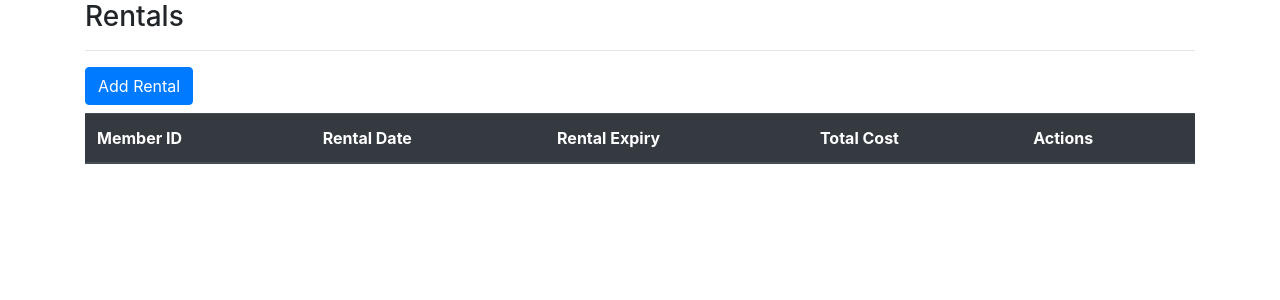
Repository: messimacky/Movie-Rental-System-Front-End
Page: /rentals
An editor plug-in stored every save of this project. The page is shown before and after the next save, followed by the edit.
The browser window is 1280 px wide. The pictures show the whole page.
The page's requests for data from a server got no answer. The project was rebuilt for these pictures with package versions that can differ from the ones it lists, and the page was loaded fresh each time. No one was signed in, and anything a server would have sent is missing. Also part of the build but not shown: src/services/movie.service.js, src/components/AddMovie.js, src/components/MoviesList.js, src/components/NotFound.js, src/components/login/Login.js, src/services/customer.service.js, src/components/AddCustomer.js, src/components/CustomerList.js and 4 more.

Above is the page before, as saved 2022-04-21 12:02:13.

### src/App.js
import { BrowserRouter as Router, Switch, Route } from 'react-router-dom';
import AddMovie from './components/AddMovie';
import MoviesList from "./components/MoviesList";
import NotFound from "./components/NotFound";
import Login from './components/login/Login';
import AddCustomer from './components/AddCustomer'
import CustomersList from './components/CustomerList';
import RentalsList from './components/RentalsList';
import AddRental from './components/AddRental';
import Home from './components/Home';
import Signup from './components/signup/Signup';
function App() {
  return (
    <Router>
      <div>
        <Switch>

          <Route exact path="/" component={Home} />
          <Route exact path="/movies" component={MoviesList} />
          <Route path="/add-movie" component={AddMovie} />
          <Route path="/movies/edit/:id" component={AddMovie} />




          <Route exact path="/customers" component={CustomersList} />
          <Route path="/add-customer" component={AddCustomer} />
          <Route path="/customers/edit/:id" component={AddCustomer} />



          <Route path="/login" component={Login} />
          <Route path="/signup" component={Signup} />




          <Route path="/rentals" component={RentalsList} />
          <Route path="/add-rental" component={AddRental} />
          <Route path="/rentals/edit/:id" component={AddRental} />

          <Route path="*" component={NotFound} />
        </Switch>
      </div>
    </Router>
  )
}

export default App;

### src/components/RentalsList.js
import { useEffect, useState } from "react";
import 'bootstrap/dist/css/bootstrap.min.css';
import rentalService from "../services/rental.service";
import { Link } from "react-router-dom";

const RentalsList = () => {
    const [rentals, setRentals] = useState([]);


    useEffect(() => {
        init();

    }, [])

    const init = () => {
        rentalService.getAll()
            .then(response => {
                console.log(response.data);
                setRentals(response.data);

            })
            .catch(error => {
                console.log("Something went wrong", error);
            })
    }

    const handleDelete = id => {
        rentalService.remove(id)
            .then(response => {
                console.log("Rental deleted succesfully", response.data);
                init();

            })
            .catch(error => {
                console.log("Something went wrong", error);
            })
    }


    return (
        <div className="container">
            <h3>Rentals</h3>
            <hr />
            <div>
                <Link to="/add-rental" className="btn btn-primary mb-2">Add Rental</Link>




                <table className="table table-border table-sriped">
                    <thead className="thead-dark">
                        <tr>
                            <th>Member ID</th>
                            <th>Rental Date</th>
                            <th>Rental Expiry</th>
                            <th>Total Cost</th>
                            <th>Actions</th>


                        </tr>
                    </thead>
                    <tbody>
                        {
                            rentals.map(rental => (
                                <tr key={rental.id} >

                                    <td>{rental.member_id}</td>
                                    <td>{rental.rental_date}</td>
                                    <td>{rental.expiry}</td>
                                    <td>{rental.total_cost}</td>
                                    <td>{rental.created_by}</td>
                                    <td>{rental.created_date}</td>
                                    <td>{rental.updatedby}</td>
                                    <td>{rental.updateddate}</td>


                                    <td>
                                        <Link className="btn btn-info" to={`/rentals/
                                        edit/${rental.id}`}> Update</Link>
                                        <button className="btn btn-danger ml-2" onClick={(e) => {
                                            handleDelete(rental.id);
                                        }}>Delete</button>
                                    </td>

                                </tr>
                            ))
                        }
                    </tbody>
                </table>
            </div>

        </div>
    );
}

export default RentalsList;

### src/components/login/Login.css
body {
    margin: 0;
    padding: 0;
    /* font-family: sans-serif; */
    background-size: cover;
    background-repeat: no-repeat;
}



.form {
    position: absolute;
    top: 50%;
    left: 50%;
    border: none;
    transform: translate(-50%, -50%);
    width: 400px;
    min-height: 450px;
    background-color: #fff;
    box-shadow: 0 15px 50px rgba(0, 0, 0, 0.5);
    padding: 50px;
    box-sizing: border-box;

    /* background: url(data:[embedded picture, 5679 characters]); */
    /* background: url(https://picsum.photos/3000/2000/?image=1015); */



}

.form h2 {
    margin-left: 60px;
    margin-top: 40px;
    color: white;
    /* margin: 30 0 40px; */
    padding: 0;
    color: black;
}

.form .input-box {
    position: relative;
    margin: 5px 0;
}

.form .input-box input {
    width: 100%;
    font-size: px;
    border: none;
    border-bottom: 2px solid #777;
    outline: none;
    padding: 10px;
    padding-left: 30px;
    box-sizing: border-box;
    font-weight: bold;
    color: #777;
}

.form .input-box input:focus,
.form .input-box input:valid {
    border-bottom-color: #03a9f4;
}

.form .input-box .fa {
    position: absolute;
    top: 8px;
    left: 5px;
    font-size: 18px;
    color: #777;
}

.form .input-box input[type="submit"] {
    border: none;
    cursor: pointer;
    background-color: #03a9f4;
    color: #fff;
    font-weight: bold;
    transition: 0.5s;
}

.form .input-box input[type="submit"]:hover {
    background-color: #ff4987;

}

.form a {
    text-decoration: none;
    color: black;

    margin-top: 4px;
    margin-left: 170px;
    /* font-weight: bold; */
    display: inline-block;
    transition: 0.5s;
}


.submit {
    margin-top: 30px;
    margin-left: 30px;


}

.form a {
    margin-top: 20px;
    margin-left: 50px;
    color: black;
    color: blue;
}

.form button {
    margin-top: 10px;
    margin-left: 50px;
    color: black;
    outline: invert;

}

.form button :hover {

    color: blue;
}

### src/components/AddCustomer.css
body {
    margin: 0;
    padding: 0;
    /* font-family: sans-serif; */
    background-size: cover;
    background-repeat: no-repeat;
}



.form {
    position: absolute;
    top: 50%;
    left: 50%;
    border: none;
    transform: translate(-50%, -50%);
    width: 400px;
    min-height: 450px;
    background-color: #fff;
    box-shadow: 0 15px 50px rgba(0, 0, 0, 0.5);
    padding: 50px;
    box-sizing: border-box;

    /* background: url(data:[embedded picture, 5679 characters]); */
    /* background: url(https://picsum.photos/3000/2000/?image=1015); */



}

.form h2 {
    margin-left: 60px;
    margin-top: 40px;
    color: white;
    /* margin: 30 0 40px; */
    padding: 0;
    color: black;
}

.form .input-box {
    position: relative;
    margin: 5px 0;
}

.form .input-box input {
    width: 100%;
    font-size: px;
    border: none;
    border-bottom: 2px solid #777;
    outline: none;
    padding: 10px;
    padding-left: 30px;
    box-sizing: border-box;
    font-weight: bold;
    color: #777;
}

.form .input-box input:focus,
.form .input-box input:valid {
    border-bottom-color: #03a9f4;
}

.form .input-box .fa {
    position: absolute;
    top: 8px;
    left: 5px;
    font-size: 18px;
    color: #777;
}

.form .input-box input[type="submit"] {
    border: none;
    cursor: pointer;
    background-color: #03a9f4;
    color: #fff;
    font-weight: bold;
    transition: 0.5s;
}

.form .input-box input[type="submit"]:hover {
    background-color: #ff4987;

}

.form a {
    text-decoration: none;
    color: black;

    margin-top: 4px;
    margin-left: 170px;
    /* font-weight: bold; */
    display: inline-block;
    transition: 0.5s;
}


.submit {
    margin-top: 30px;
    margin-left: 30px;


}

.form a {
    margin-top: 20px;
    margin-left: 50px;
    color: black;
    color: blue;
}

.form button {
    margin-top: 10px;
    margin-left: 50px;
    color: black;
    outline: invert;

}

.form button :hover {

    color: blue;
}

### src/services/rental.service.js
import httpClient from '../http-common';

const getAll = () => {
    return httpClient.get('/rentals');
}

const create = (data) => {
    return httpClient.post("/rentals", data);
}

const get = id => {
    return httpClient.get(`/rentals/${id}`);
}

const update = (data) => {
    return httpClient.put('/rentals', data);
}

const remove = id => {
    return httpClient.delete(`/rentals/${id}`);
}

export default { getAll, create, get, update, remove };

### src/components/signup/Signup.css
body {
    margin: 0;
    padding: 0;
    /* font-family: sans-serif; */
    background-size: cover;
    background-repeat: no-repeat;
}



.form {
    position: absolute;
    top: 50%;
    left: 50%;
    border: none;
    transform: translate(-50%, -50%);
    width: 400px;
    min-height: 450px;
    background-color: #fff;
    box-shadow: 0 15px 50px rgba(0, 0, 0, 0.5);
    padding: 50px;
    box-sizing: border-box;

    /* background: url(data:[embedded picture, 5679 characters]); */
    /* background: url(https://picsum.photos/3000/2000/?image=1015); */



}

.form h2 {
    margin-left: 60px;
    margin-top: 40px;
    color: white;
    /* margin: 30 0 40px; */
    padding: 0;
    color: black;
}

.form .input-box {
    position: relative;
    margin: 5px 0;
}

.form .input-box input {
    width: 100%;
    font-size: px;
    border: none;
    border-bottom: 2px solid #777;
    outline: none;
    padding: 10px;
    padding-left: 30px;
    box-sizing: border-box;
    font-weight: bold;
    color: #777;
}

.form .input-box input:focus,
.form .input-box input:valid {
    border-bottom-color: #03a9f4;
}

.form .input-box .fa {
    position: absolute;
    top: 8px;
    left: 5px;
    font-size: 18px;
    color: #777;
}

.form .input-box input[type="submit"] {
    border: none;
    cursor: pointer;
    background-color: #03a9f4;
    color: #fff;
    font-weight: bold;
    transition: 0.5s;
}

.form .input-box input[type="submit"]:hover {
    background-color: #ff4987;

}

.form a {
    text-decoration: none;
    color: black;

    margin-top: 4px;
    margin-left: 170px;
    /* font-weight: bold; */
    display: inline-block;
    transition: 0.5s;
}


.submit {
    margin-top: 30px;
    margin-left: 30px;


}

.form a {
    margin-top: 20px;
    margin-left: 50px;
    color: black;
    color: blue;
}

.form button {
    margin-top: 10px;
    margin-left: 50px;
    color: black;
    outline: invert;

}

.form button :hover {

    color: blue;
}

### src/http-common.js
import axios from "axios";


export default axios.create({
    baseURL: 'http://localhost:8080',
    headers: {
        'Content_Type': 'application/json'
    }

});

Loaded but not shown: public/index.html (common file); src/index.js (common file); src/index.css (common file); src/reportWebVitals.js (common file)

After the next save:
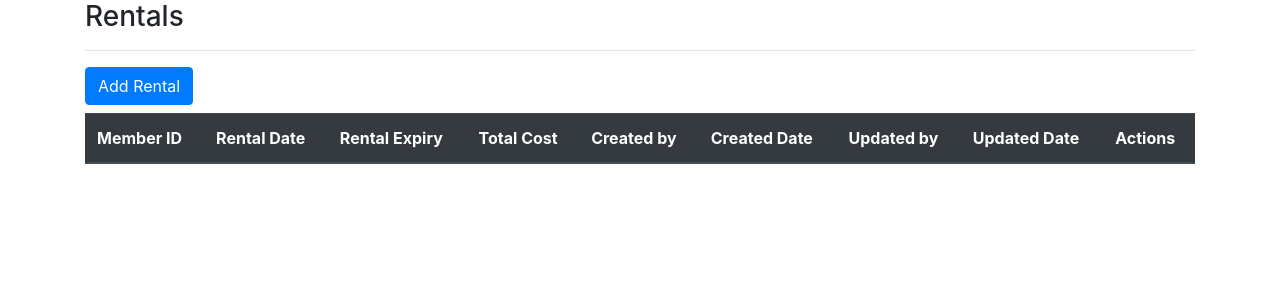
Saved 23 s later.
--- a/src/components/RentalsList.js
+++ b/src/components/RentalsList.js
@@ -54,6 +54,11 @@ const RentalsList = () => {
                             <th>Rental Date</th>
                             <th>Rental Expiry</th>
                             <th>Total Cost</th>
+                            <th>Created by</th>
+                            <th>Created Date</th>
+                            <th>Updated by</th>
+                            <th>Updated Date</th>
+
                             <th>Actions</th>
 
 
